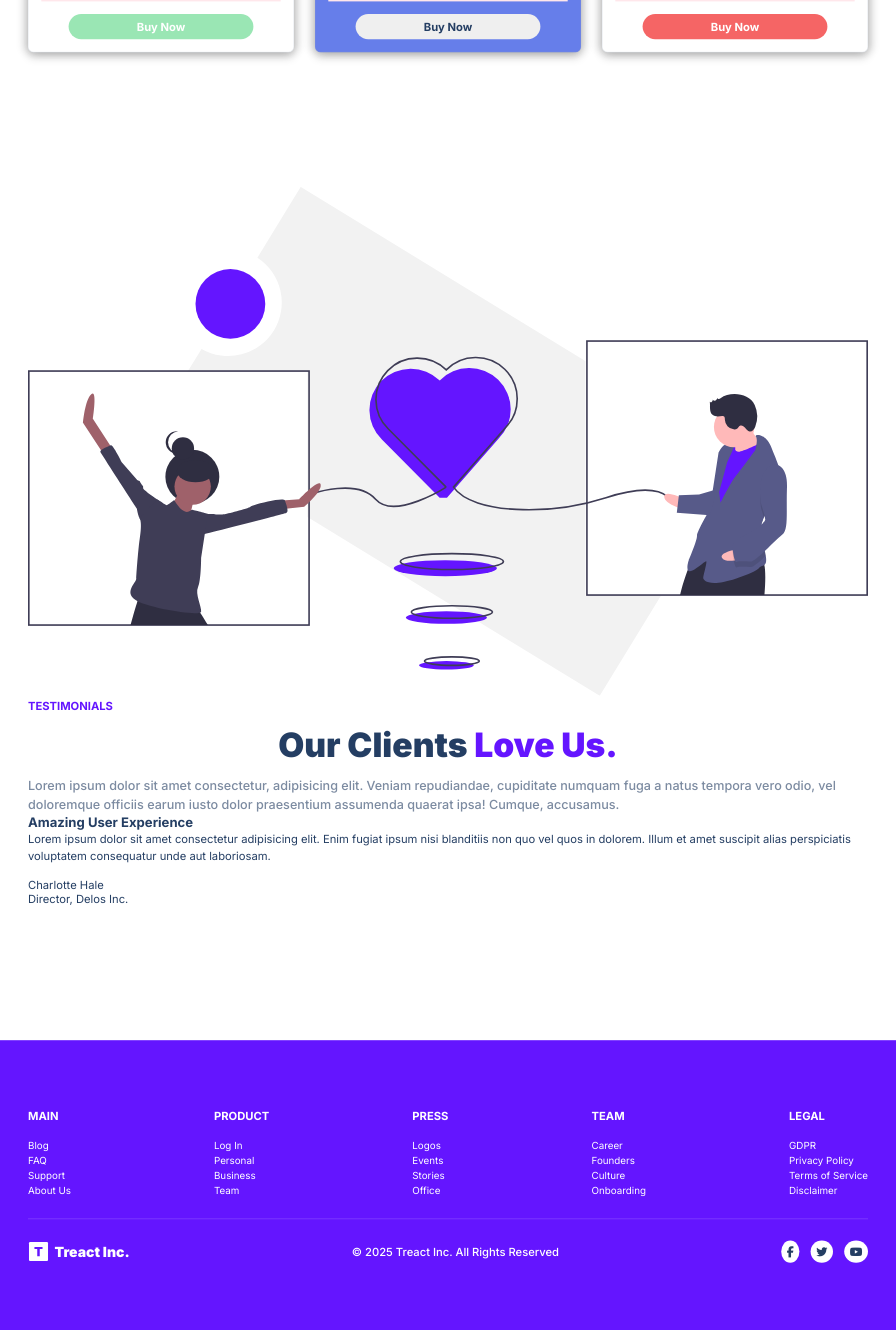
Repository: avivanguyen/m2_fianlProject
Page: index.html
An editor plug-in stored every save of this project. The page is shown before and after a run of saves, followed by the edit.
The browser window is 1280 px wide. The pictures show the part of the page from y = 4410 to 6330 px (the page is 6310 px tall before and 6330 px after), at 70% of full size.
Some web libraries are served in a nearby version.

Above is the page before, as saved 2025-12-11 11:25:56.

After the next 6 saves:
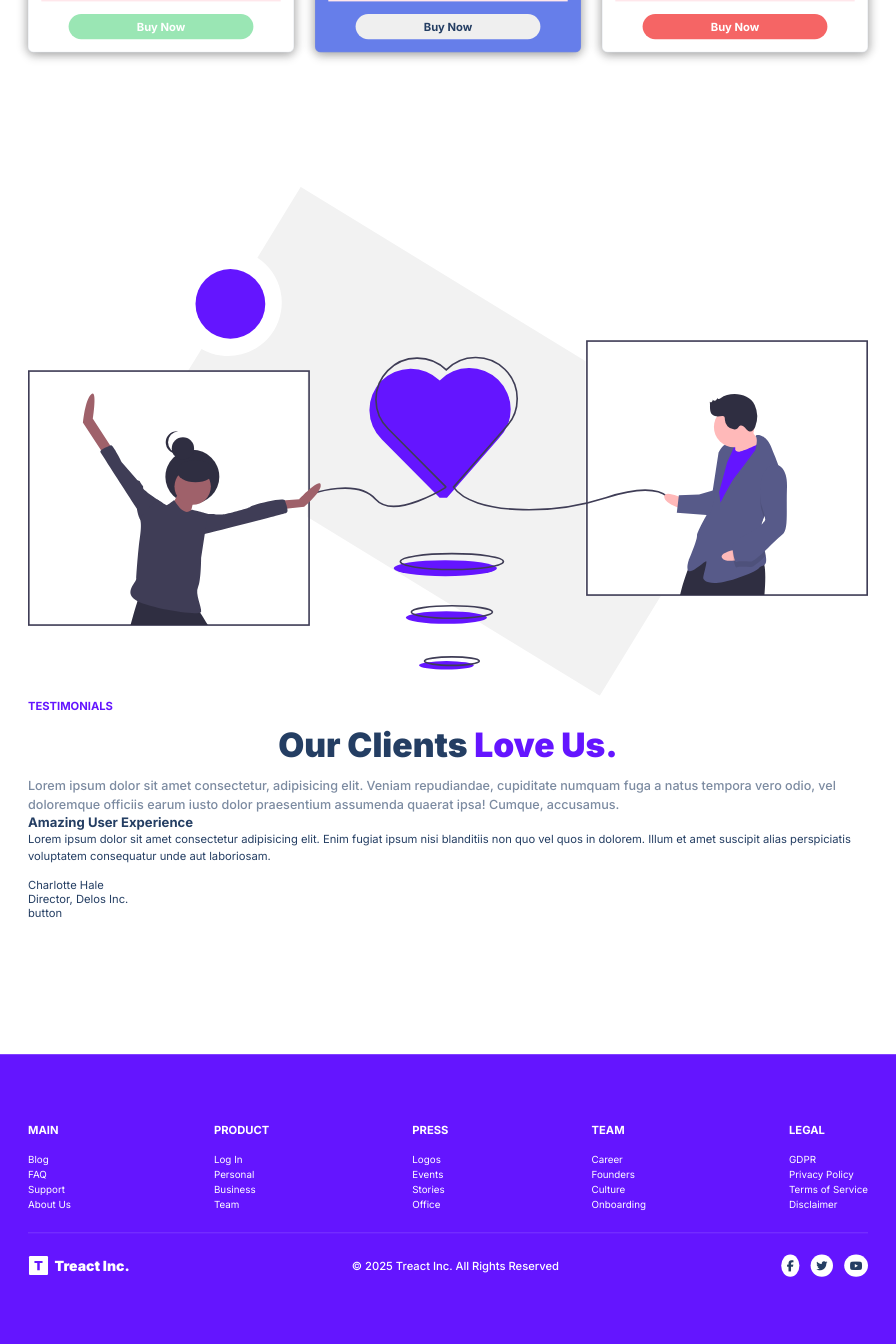
The 6 saves are shown as one change because they came seconds apart.
The last was saved 64 s later.
--- a/index.html
+++ b/index.html
@@ -334,7 +334,9 @@
                                         <div class="testimonial__name">Charlotte Hale</div>
                                         <div class="testimonial__role">Director, Delos Inc.</div>
                                     </div>
-
+                                <div class="testimonial__buttons">
+                                    button
+                                </div>
                                </div>
                             </div>
                         </div>
